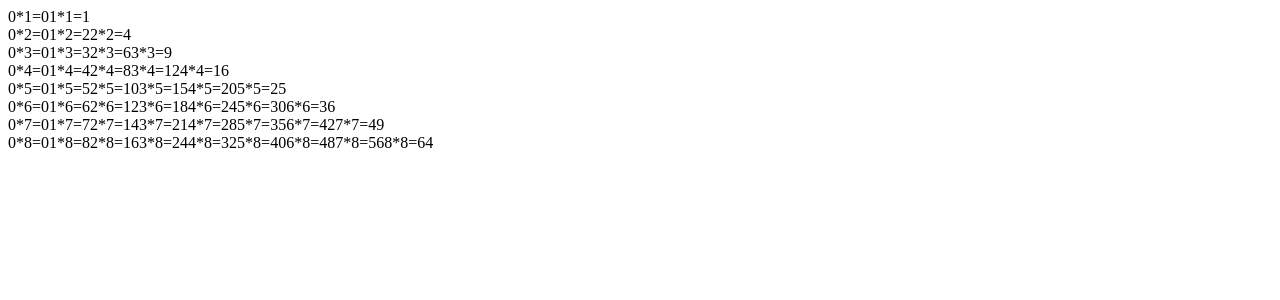
Repository: pengyuguan1984/JavaScriptPractice
Page: For-Exec02.html
The author's editor kept a copy of each file at every save. The page is drawn from the files as they stood at one save, then again after the next save.
The browser window is 1280 px wide. The pictures show the whole page.

Above is the page before, as saved 2020-10-07 16:25:15.

After the next save:
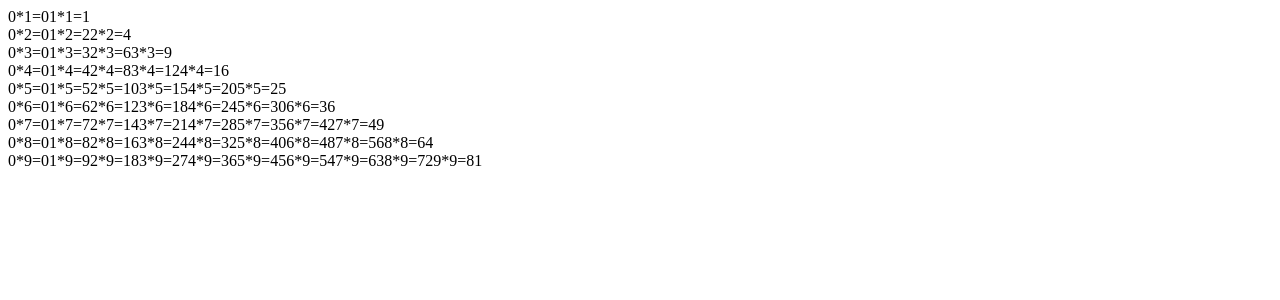
Saved 4 s later.
--- a/For-Exec02.html
+++ b/For-Exec02.html
@@ -22,7 +22,7 @@
     //        }
     //        document.write('<br />')
     //    }
-    for(var i=1; i<9; i++){
+    for(var i=1; i<=9; i++){
         for(j=0;j<i+1;j++){
             document.write(j+'*'+i+'='+j*i)
         }
